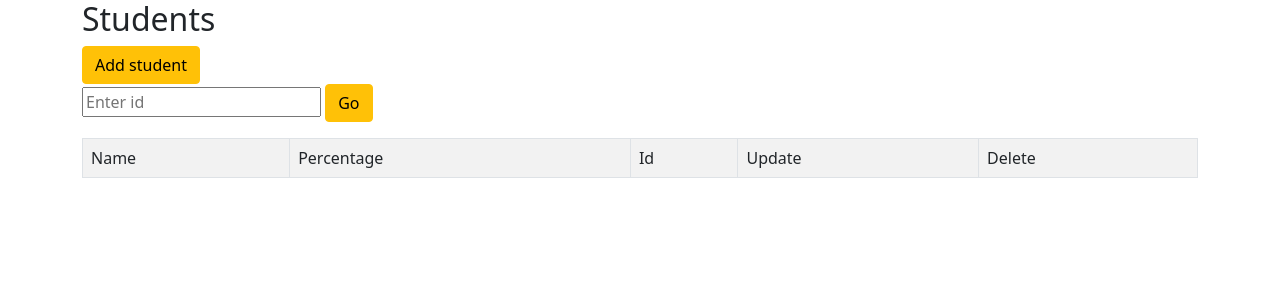
Repository: shivamaninalla/Bank-Application-JSP
Page: http://localhost/09-student-mvc-db/StudentController
The author's editor kept a copy of each file at every save. The page is drawn from the files as they stood at one save, then again after the next save.
The browser window is 1280 px wide. The pictures show the whole page.
The page is served by Tomcat 9. Queries for data that is not in the repository find no rows.

Above is the page before, as saved 2024-07-18 07:14:02.

After the next save:
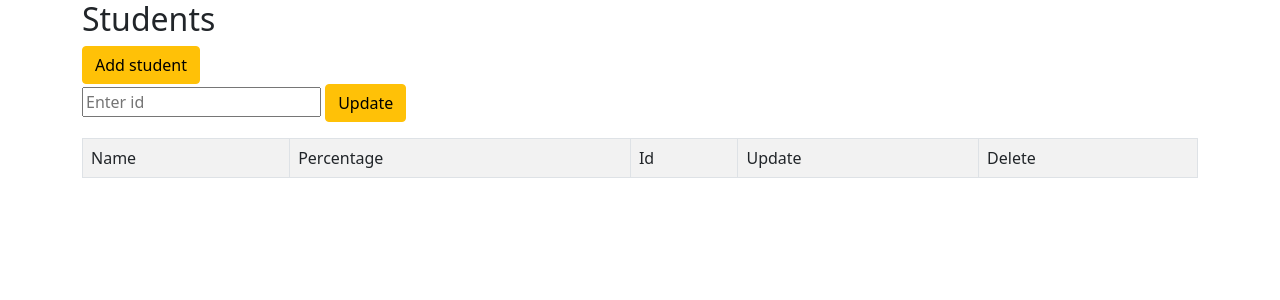
Saved 48 s later.
--- a/09-student-mvc-db/WebContent/viewstudent.jsp
+++ b/09-student-mvc-db/WebContent/viewstudent.jsp
@@ -31,7 +31,7 @@
         <form action="StudentController" method="get">
             <input type="hidden" name="command" value="search">
             <input type="search" name="id" class="search-bar" placeholder="Enter id" required>
-            <button type="submit" class="btn btn-warning">Go</button>
+            <a href="StudentController?command=load&id=${d.id}" class="btn btn-warning">Update</a>
         </form>
 
 	<table class="table table-striped table-bordered">
